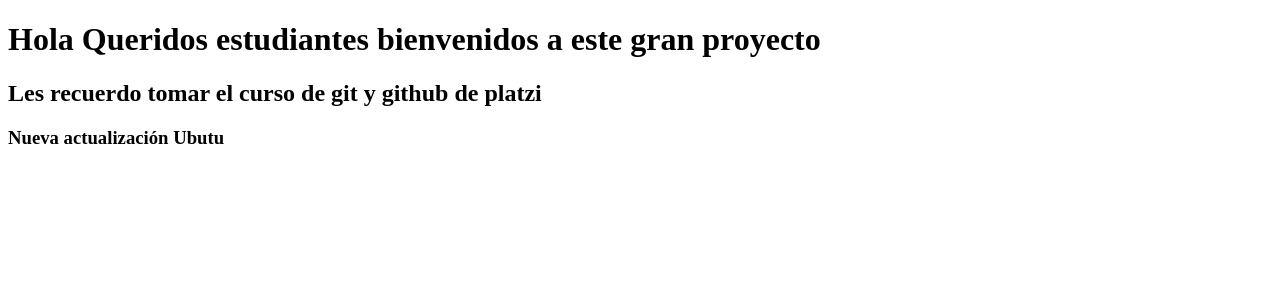
Repository: asso18195/MyWebAsso2025
Page: web.html
These files come from the project's save history. The page is drawn as it stood at one moment and after the next save; the edit follows.
The browser window is 1280 px wide. The pictures show the whole page.

Above is the page before, as saved 2025-02-22 23:49:17.

After the next save:
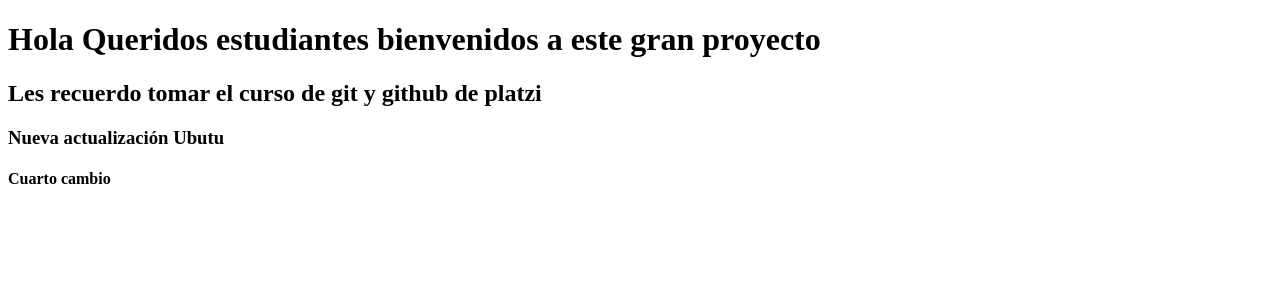
Saved 5 min 9 s later.
--- a/web.html
+++ b/web.html
@@ -14,6 +14,9 @@
             <h3>
                 Nueva actualización Ubutu
             </h3>
+            <h4>
+                Cuarto cambio
+            </h4>
         </div>
     </body>
 </html>
